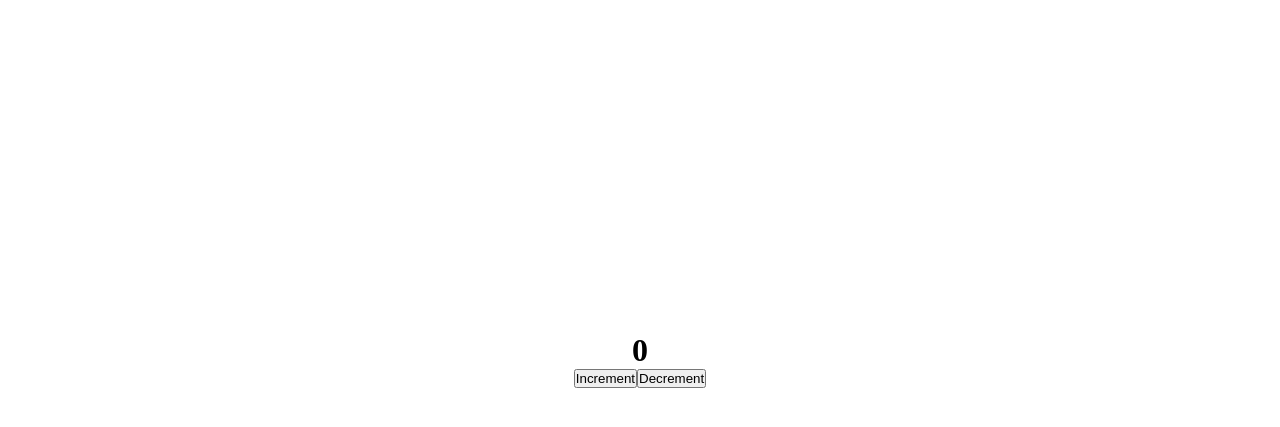
Repository: Ellisvelandia/react_introduction_test
Page: /
The author's editor kept a copy of each file at every save. The page is drawn from the files as they stood at one save, then again after a run of saves.
The browser window is 1280 px wide. The pictures show the whole page.
The project was rebuilt for these pictures with package versions that can differ from the ones it lists, and the page was loaded fresh each time. Also part of the build but not shown: src/index.css.

Above is the page before, as saved 2022-08-15 19:41:34.

After the next 3 saves:
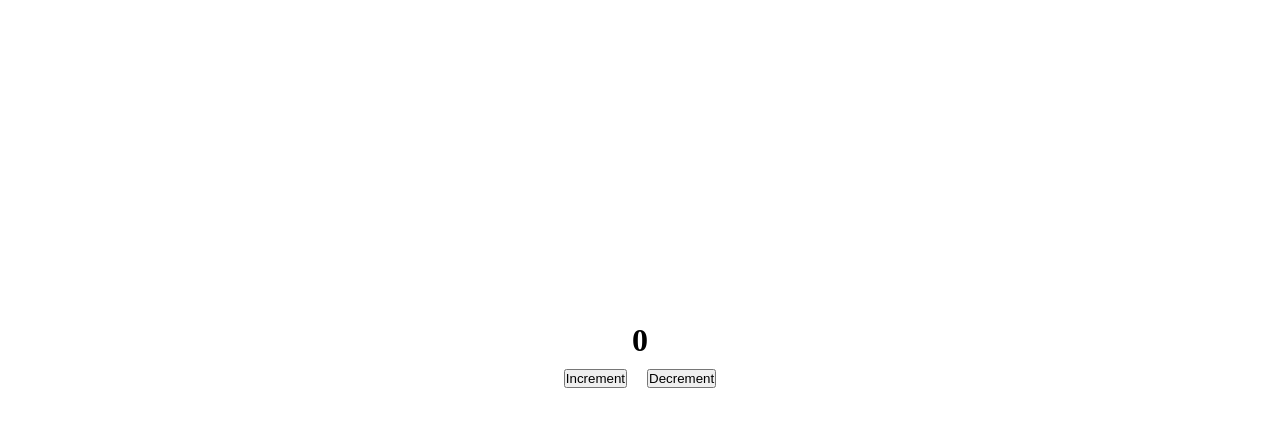
The 3 saves are shown as one change because 2 did not build or start.
The last was saved 14 s later.
--- a/src/App.css
+++ b/src/App.css
@@ -21,3 +21,7 @@ body {
 h1 {
   text-align: center;
 }
+
+button {
+  margin: 10px;
+}
